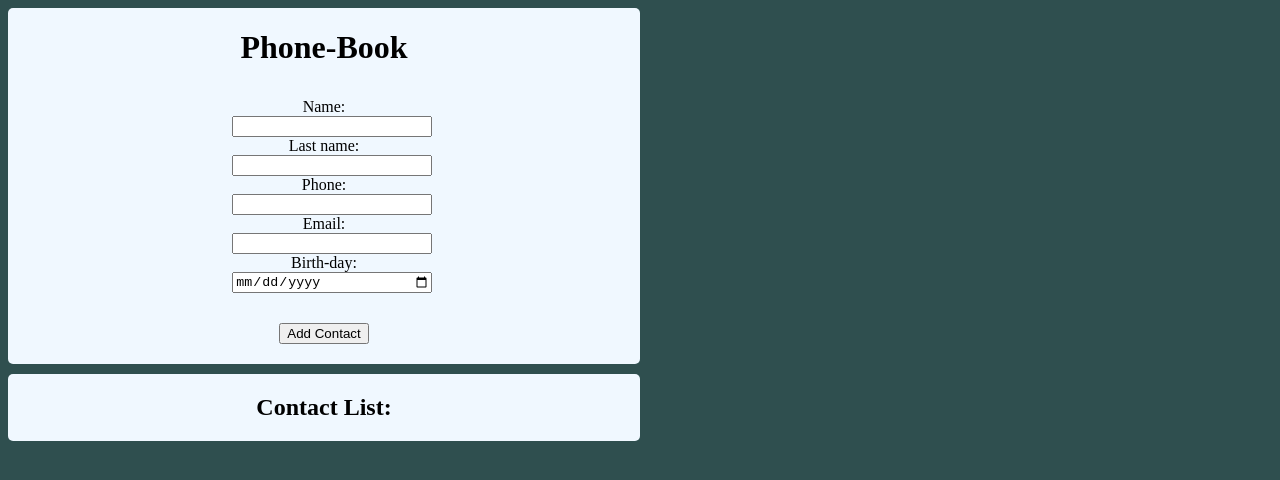
Repository: STA1357/Phone-book
Page: Inner.html
These files come from the project's save history. The page is drawn as it stood at one moment and after the next save; the edit follows.
The browser window is 1280 px wide. The pictures show the whole page.

Above is the page before, as saved 2020-12-09 11:48:27.

After the next save:
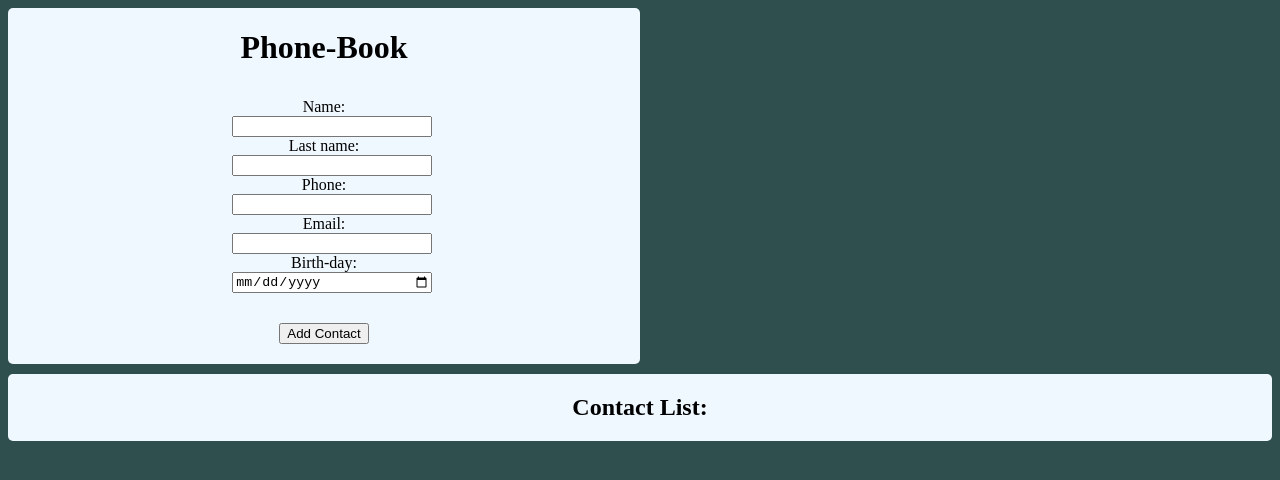
Saved 18 s later.
--- a/styles.css
+++ b/styles.css
@@ -45,5 +45,5 @@ h2{
     margin-top: 10px;
     background-color: aliceblue;
     border-radius: 5px;
-    width: 50%;
+
 }
